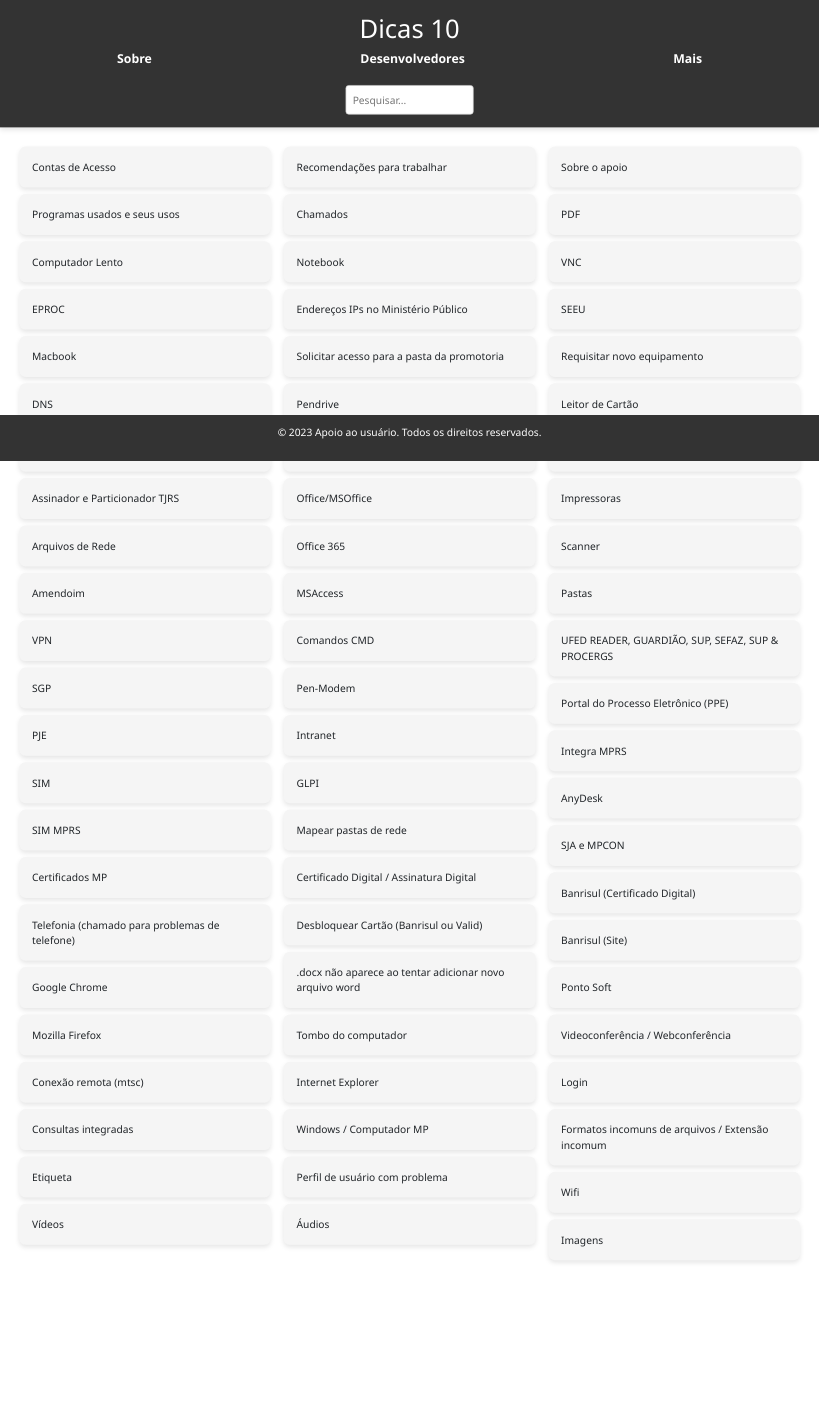
Repository: I4guito/dicasdez
Page: Dicas site/index.html
The author's editor kept a copy of each file at every save. The page is drawn from the files as they stood at one save, then again after the next save.
The browser window is 1280 px wide. The pictures show the whole page, at 64% of full size.

Above is the page before, as saved 2023-12-11 12:09:02.

After the next save:
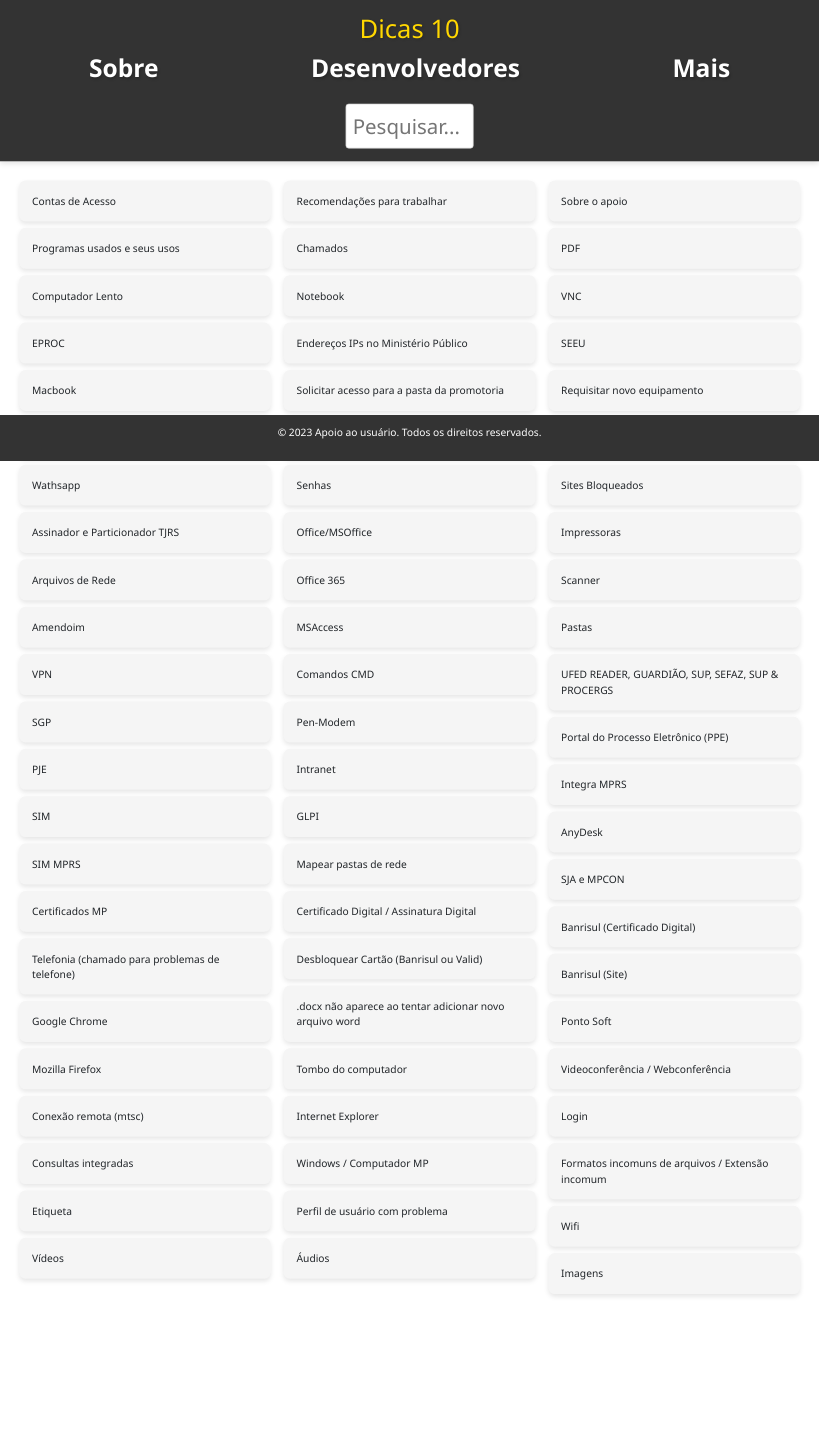
Saved 7 s later.
--- a/Dicas site/styles.css
+++ b/Dicas site/styles.css
@@ -14,7 +14,10 @@ header {
 }
 
 header{
-
+    margin: 0;
+    font-size: 2em;
+    color: #ffd700; /* Cor amarela */
+    text-shadow: 2px 2px 4px rgba(0, 0, 0, 0.2);
 }
 
 nav ul {
